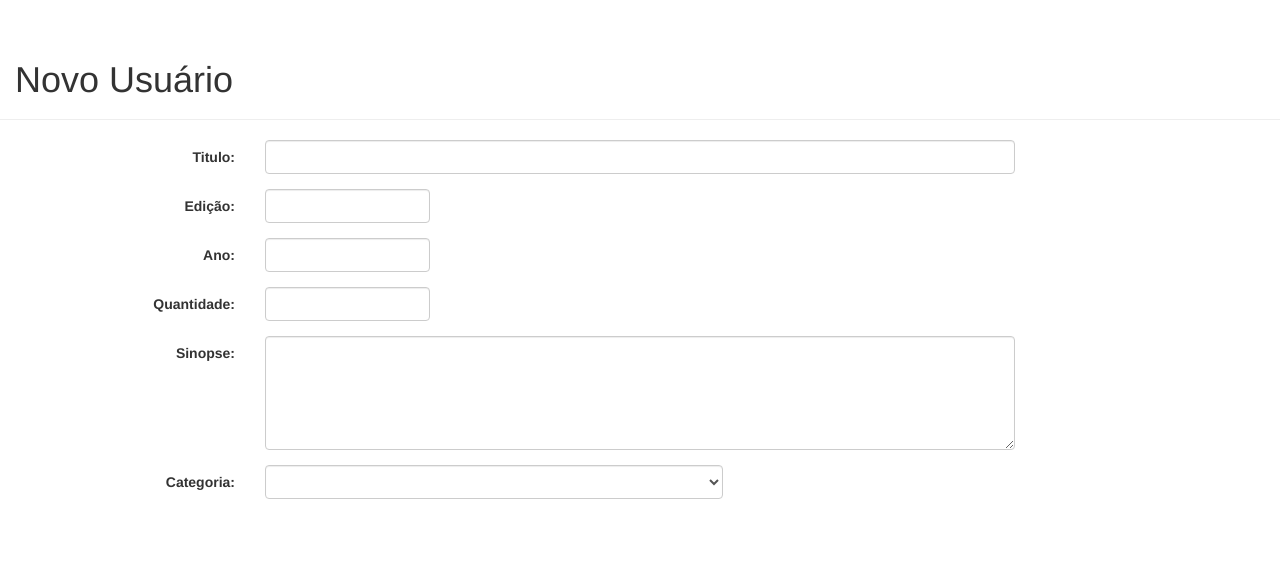
Repository: stefanyco/biblioteca
Page: http://localhost/Biblioteca/livroAdicionar.jsp
These files come from the project's save history. The page is drawn as it stood at one moment and after the next save; the edit follows.
The browser window is 1280 px wide. The pictures show the whole page.
The page is served by Tomcat 9. Other server files are loaded and not shown. Queries for data that is not in the repository find no rows.

Above is the page before, as saved 2016-11-07 22:10:35.

### Sistema Biblioteca/Biblioteca/WebContent/livroAdicionar.jsp
<%@page import="biblioteca.dao.CategoriaDAO"%>
<%@page import="biblioteca.entities.Categoria"%>
<%@page import="java.util.List"%>
<%@ page language="java" contentType="text/html; charset=ISO-8859-1"
	pageEncoding="ISO-8859-1"%>
<!DOCTYPE html PUBLIC "-//W3C//DTD HTML 4.01 Transitional//EN" "http://www.w3.org/TR/html4/loose.dtd">
<html>
<head>
<meta http-equiv="Content-Type" content="text/html; charset=ISO-8859-1">
<link href="bootstrap.min.css" rel="stylesheet">
<title>*** Novo Usuario ***</title>
</head>
<body>
	<div class="page-header col-md-12">
		<h1>Novo Usuário</h1>
	</div>
	<div class="container">
		<div class="row">
			<div class="col-xs-12">
				<form action="livro?acao=cadastrar" class="form-horizontal" method="post">
					<div class="form-group">
						<label for="titulo" class="col-xs-2 control-label">Titulo:</label>
						<div class="col-xs-8">
							<input type="text" class="form-control" name="titulo" required maxlength="50">
						</div>
					</div>
					<div class="form-group">
						<label for="edicao" class="col-xs-2 control-label" >Edição:</label>
						<div class="col-xs-2">
							<input type="number" class="form-control" name="edicao" id="edicao">
						</div>
					</div>
					<div class="form-group">
						<label for="ano" class="col-xs-2 control-label" >Ano:</label>
						<div class="col-xs-2">
							<input type="number" class="form-control" name="ano" id="ano">
						</div>
					</div>
					<div class="form-group">
						<label for="qtd" class="col-xs-2 control-label" >Quantidade:</label>
						<div class="col-xs-2">
							<input type="number" class="form-control" name="qtd" id="qtd">
						</div>
					</div>
					<div class="form-group">
						<label for="titulo" class="col-xs-2 control-label">Sinopse:</label>
						<div class="col-xs-8">
							<textarea rows="5" cols="5" class="form-control" name="sinopse" id="sinopse"></textarea>
						</div>
					</div>
					<div class="form-group">
							<label for="categoria" class="col-xs-2 control-label">Categoria:</label>
							<div class="col-xs-5">
								<select class="form-control" name="idCategoria">
									<%
										CategoriaDAO dao = new CategoriaDAO();
										List<Categoria> categorias = dao.listarTodos();

										for (Categoria categoria : categorias) {
									%>
									<option value="<%=categoria.getNome()%>">
										<%=categoria.getNome()%>
									</option>

									<%
										}
									%>
								</select>
							</div>
					</div>
				</form>
			</div>
		</div>
	</div>
</body>
</html>

### Sistema Biblioteca/Biblioteca/src/biblioteca/dao/GenericDAO.java
package biblioteca.dao;

import java.util.List;

public interface GenericDAO <T>{

	void inserir(T obj);
	void alterar(T obj);
	void deletar(Integer id);

	List<T> listarTodos() throws Exception;
	T buscarPorId(Integer id);
	List<T> buscaLike(String param);

}

### Sistema Biblioteca/Biblioteca/src/biblioteca/dao/CategoriaDAO.java
package biblioteca.dao;

import java.sql.Connection;
import java.sql.PreparedStatement;
import java.sql.ResultSet;
import java.util.ArrayList;
import java.util.List;
import biblioteca.config.Factory;
import biblioteca.entities.Categoria;

public class CategoriaDAO implements GenericDAO<Categoria>  {

	Connection connection;

	public CategoriaDAO() throws Exception {
		this.connection = new Factory().getConnection();
	}

	@Override
	public void inserir(Categoria categoria) {
		try
		{
			String sql = "INSERT INTO TB_CATEGORIA" + "(NOME)" + " VALUES (?)";

			PreparedStatement statement = connection.prepareStatement(sql);
			statement.setString(1, categoria.getNome());

			statement.execute();
			statement.close();
		}
		catch (Exception e) {
			e.printStackTrace();
		}
	}

	@Override
	public void alterar(Categoria categoria) {
		try
		{
			String sql = "UPDATE  TB_CATEGORIA "
					+ " SET NOME = ? "
					+ " WHERE ID_CATEGORIA = ? ";

			PreparedStatement statement = connection.prepareStatement(sql);
			statement.setString(1, categoria.getNome());
			statement.setInt(2, categoria.getIdCategoria());

			statement.execute();
			statement.close();
		}
		catch (Exception e) {
			e.printStackTrace();
		}
	}

	@Override
	public void deletar(Integer id) {
		try
		{
			String sql = "DELETE FROM  TB_CATEGORIA "
					+ " WHERE ID_CATEGORIA = ?";

			PreparedStatement statement = connection.prepareStatement(sql);
			statement.setInt(1, id);

			statement.execute();
			statement.close();
		}
		catch (Exception e) {
			e.printStackTrace();
		}

	}

	@Override
	public List<Categoria> listarTodos() {
		List<Categoria> listaCategorias = new ArrayList<Categoria>();

		try
		{
			String sql = "SELECT * FROM TB_CATEGORIA";

			PreparedStatement statement = connection.prepareStatement(sql);
			ResultSet resultSet = statement.executeQuery();

			while (resultSet.next()) {
				Categoria cat = new Categoria();

				cat.setIdCategoria(resultSet.getInt("ID_CATEGORIA"));
				cat.setNome(resultSet.getString("NOME"));

				listaCategorias.add(cat);

			}

			resultSet.close();
			statement.close();

		}
		catch (Exception e) {
			e.printStackTrace();
		}
		return listaCategorias;
	}

	@Override
	public Categoria buscarPorId(Integer id) {
		Categoria cat = null;

		try
		{
			String sql = "SELECT * FROM TB_CATEGORIA "
					+ " WHERE ID_CATEGORIA = ?";

			PreparedStatement statement = connection.prepareStatement(sql);
			statement.setInt(1, id);

			ResultSet resultSet = statement.executeQuery();

			if (resultSet.next()) {
				cat = new Categoria();

				cat.setIdCategoria(resultSet.getInt("ID_CATEGORIA"));
				cat.setNome(resultSet.getString("NOME"));
			}

			statement.execute();
			statement.close();
			resultSet.close();
		}
		catch (Exception e) {
			e.printStackTrace();
		}

		return cat;
	}

	@Override
	public List<Categoria> buscaLike(String param) {
		List<Categoria> listaCategorias = new ArrayList<Categoria>();

		try
		{
			String sql = "SELECT * FROM TB_CATEGORIA "
					+ " WHERE NOME LIKE ?%";

			PreparedStatement statement = connection.prepareStatement(sql);
			statement.setString(1, param);
			ResultSet resultSet = statement.executeQuery();

			while (resultSet.next()) {
				Categoria cat = new Categoria();

				cat.setIdCategoria(resultSet.getInt("ID_CATEGORIA"));
				cat.setNome(resultSet.getString("NOME"));

				listaCategorias.add(cat);

			}

			resultSet.close();
			statement.close();

		}
		catch (Exception e) {
			e.printStackTrace();
		}
		return listaCategorias;
	}



}

### Sistema Biblioteca/Biblioteca/src/biblioteca/config/Factory.java
package biblioteca.config;


import java.sql.Connection;
import java.sql.DriverManager;
import java.sql.SQLException;

public class Factory {

	public Connection getConnection() throws SQLException, Exception{
		Class.forName("com.mysql.jdbc.Driver");

		Connection connection = DriverManager.getConnection("jdbc:mysql://localhost/DB_BIBLIOTECA", "root", "1234");
		return connection;
	}

}

Loaded but not shown: Sistema Biblioteca/Biblioteca/WebContent/bootstrap.min.css (library)

After the next save:
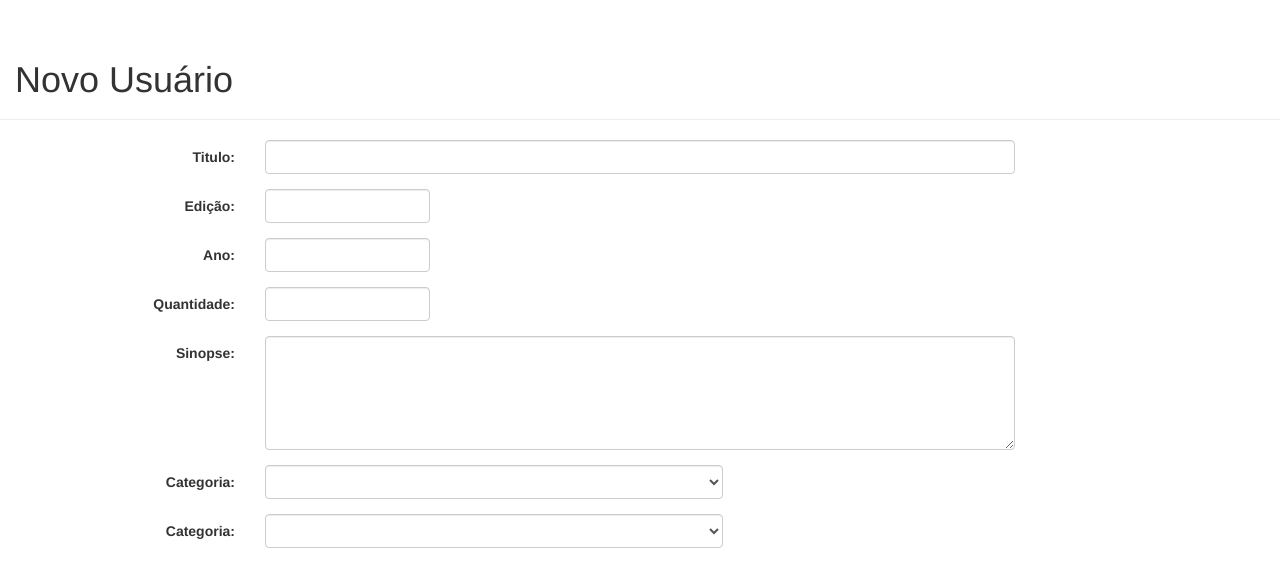
Saved 2 min 16 s later.
--- a/Sistema Biblioteca/Biblioteca/WebContent/livroAdicionar.jsp
+++ b/Sistema Biblioteca/Biblioteca/WebContent/livroAdicionar.jsp
@@ -68,6 +68,13 @@
 								</select>
 							</div>
 					</div>
+					<div class="form-group">
+						<label for="categoria" class="col-xs-2 control-label">Categoria:</label>
+							<div class="col-xs-5">
+								<select class="form-control" name="idEditora">
+								</select>
+							</div>
+					</div>
 				</form>
 			</div>
 		</div>
